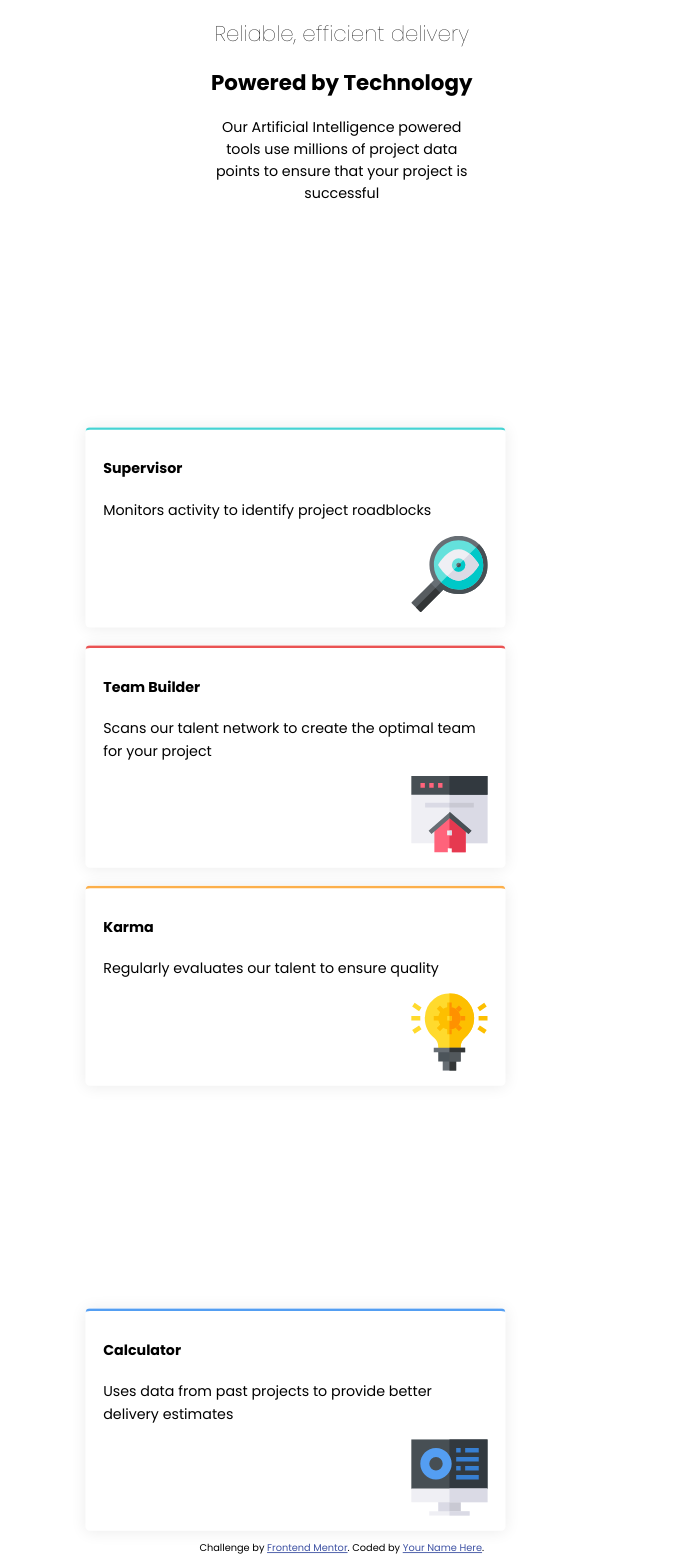
Repository: BuduCE/four-card-feature-section-master
Page: index.html
These files come from the project's save history. The page is drawn as it stood at one moment and after a run of saves; the edit follows.
The browser window is 768 px wide. The pictures show the whole page, at 89% of full size.

Above is the page before, as saved 2023-06-06 15:55:12.

After the next 2 saves:
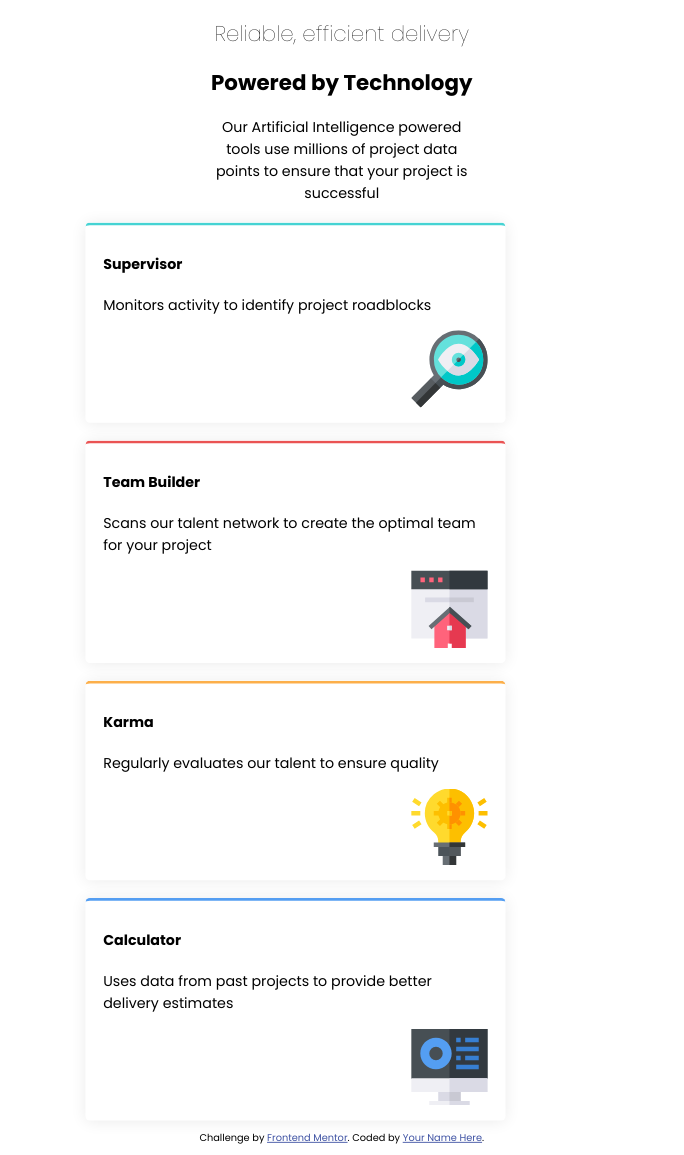
The 2 saves are shown as one change because they came seconds apart.
The last was saved 5 s later.
--- a/styles.css
+++ b/styles.css
@@ -57,7 +57,7 @@ body {
         grid-template-columns: 1fr;
     }
     .specialX{
-
+        margin-top: 0;
     }
 }
 .a{
